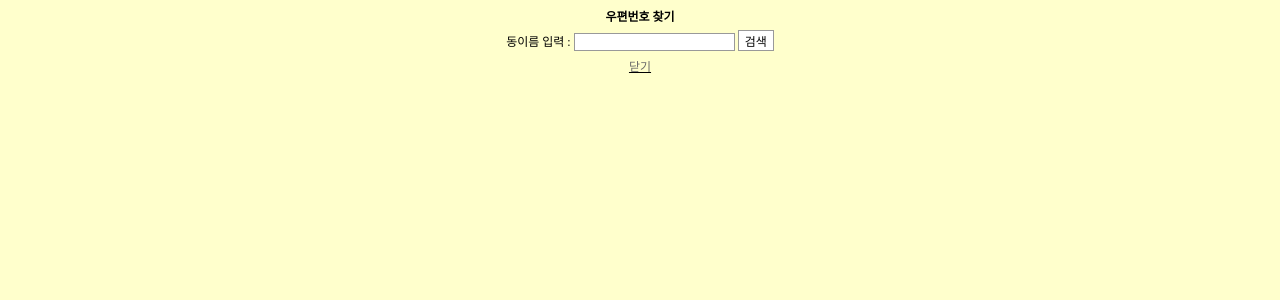
Repository: JIYEON25/model
Page: http://localhost/myWeb/memberone/zipCheck.jsp
These files come from the project's save history. The page is drawn as it stood at one moment and after the next save; the edit follows.
The browser window is 1280 px wide. The pictures show the whole page.
The page is served by Tomcat 9.

Above is the page before, as saved 2023-09-15 07:02:00.
Console error (its wording comes from the project's code and is left out).

After the next save:
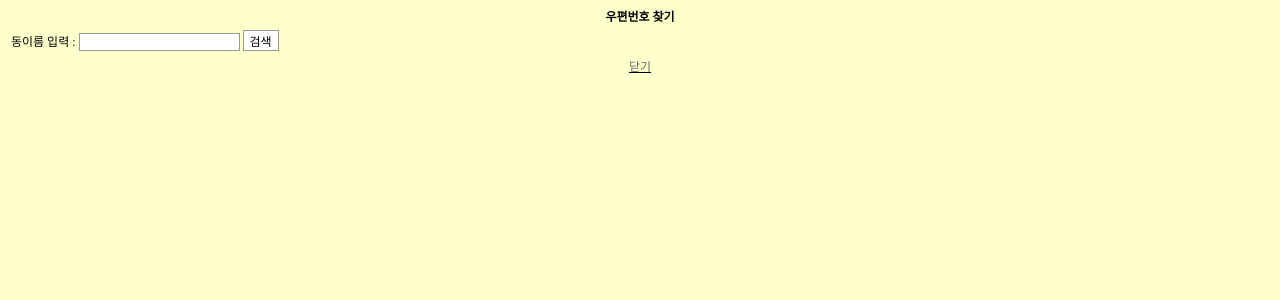
Saved 2 min 13 s later.
--- a/model1/myJSP/myWeb/src/main/webapp/memberone/zipCheck.jsp
+++ b/model1/myJSP/myWeb/src/main/webapp/memberone/zipCheck.jsp
@@ -14,7 +14,7 @@
 	<div style="text-align: center;">
 		<b>우편번호 찾기</b>
 		<form name="zipForm" method="post" action="zipCheck.jsp">
-		<table style="margin-left: auto; margin-right:auto;">
+		<table style="margin: center;">
 			<tr>
 				<td>동이름 입력 : <input name="dong" type="text">
 				<input type="button" value="검색" onClick="#"></td>

After the save that followed:
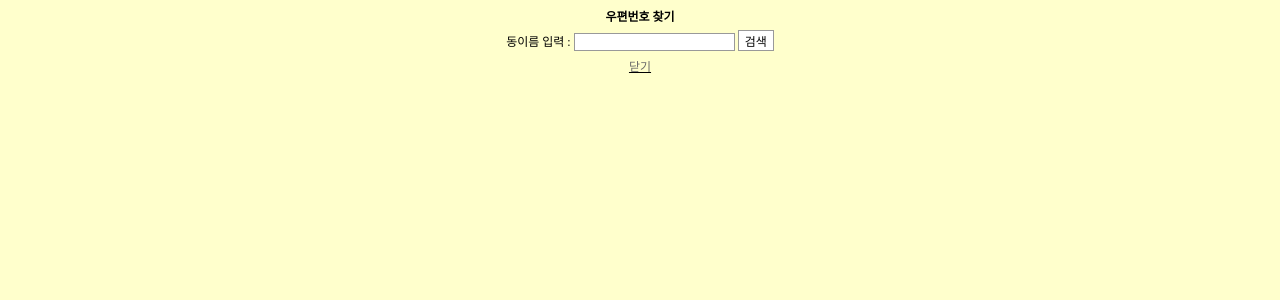
Saved 27 s later.
--- a/model1/myJSP/myWeb/src/main/webapp/memberone/zipCheck.jsp
+++ b/model1/myJSP/myWeb/src/main/webapp/memberone/zipCheck.jsp
@@ -14,7 +14,7 @@
 	<div style="text-align: center;">
 		<b>우편번호 찾기</b>
 		<form name="zipForm" method="post" action="zipCheck.jsp">
-		<table style="margin: center;">
+		<table style="margin-left: auto; margin-right:auto;">
 			<tr>
 				<td>동이름 입력 : <input name="dong" type="text">
 				<input type="button" value="검색" onClick="#"></td>
